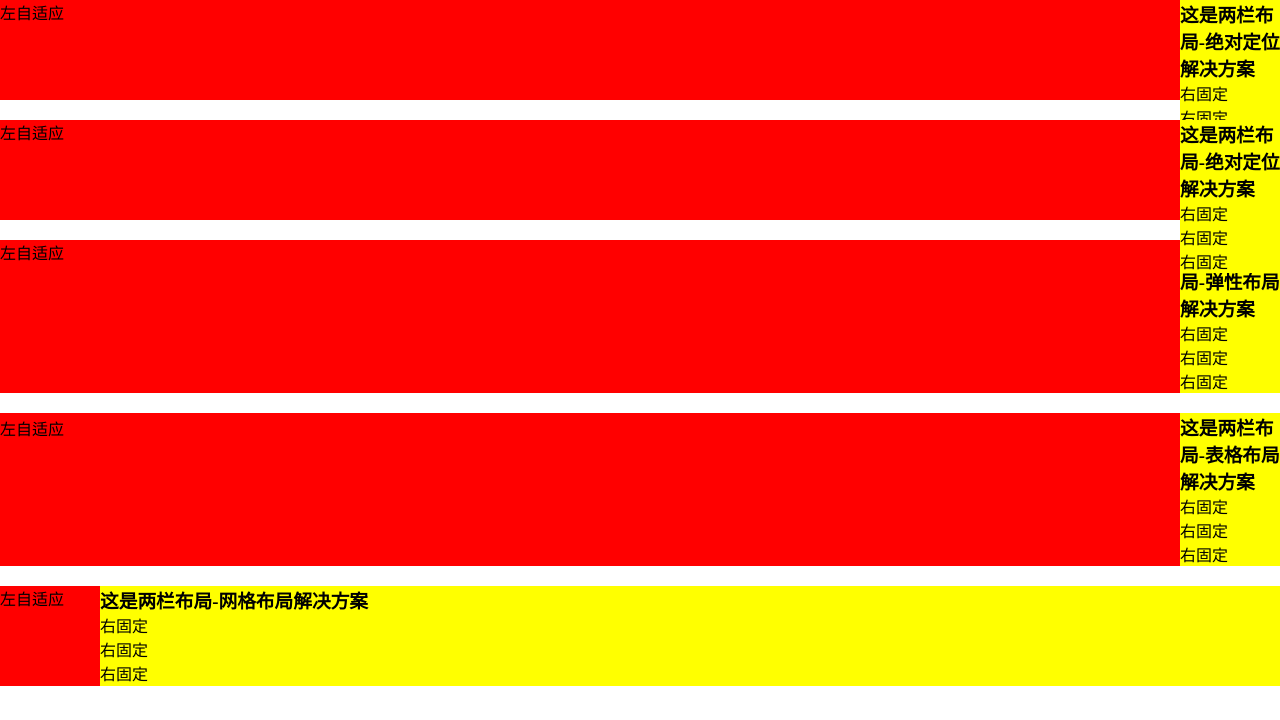
Repository: Qianfane/Blog
Page: 面试相关/测试/2-2、两栏布局-右固定左自适应.html
An editor plug-in stored every save of this project. The page is shown before and after a run of saves, followed by the edit.
The browser window is 1280 px wide. The pictures show the whole page.

Above is the page before, as saved 2022-01-03 16:28:14.

After the next 2 saves:
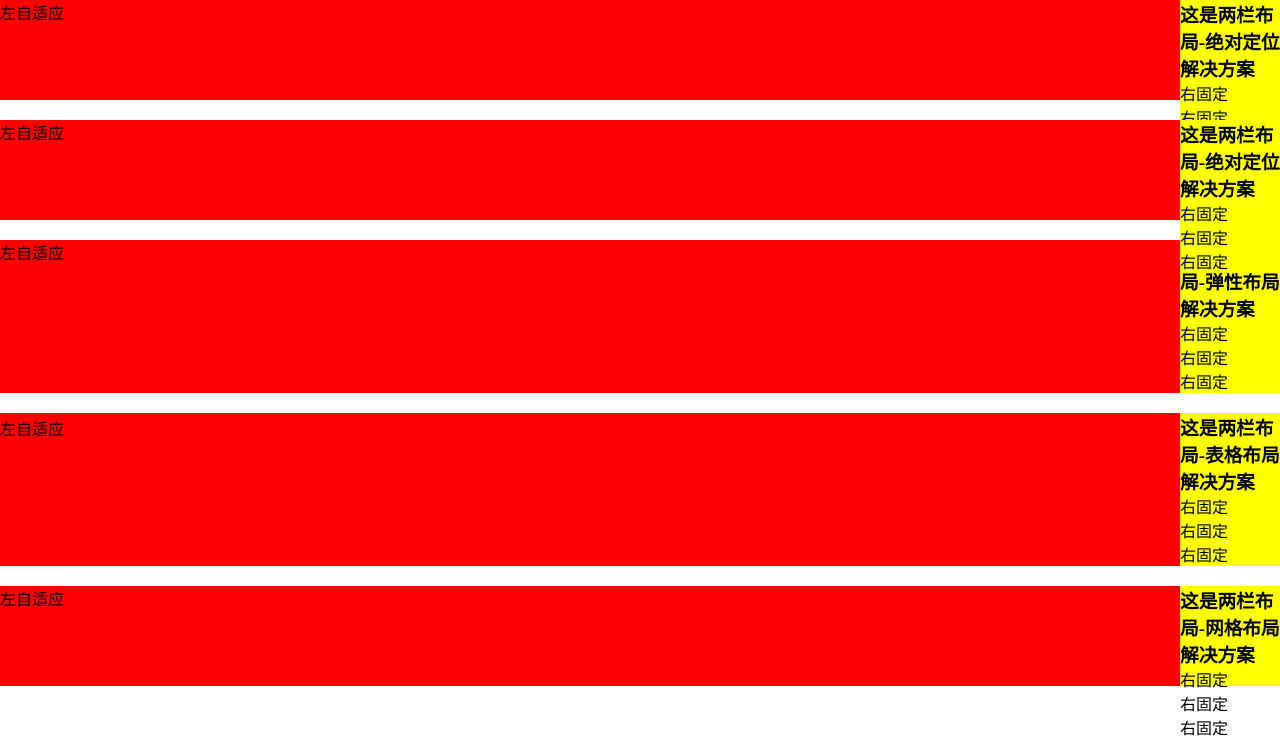
The 2 saves are shown as one change because they came seconds apart.
The last was saved 12 s later.
--- a/面试相关/测试/2-2、两栏布局-右固定左自适应.html
+++ b/面试相关/测试/2-2、两栏布局-右固定左自适应.html
@@ -154,7 +154,7 @@
         <style>
             .layout.grid .left-right {
                 display: grid;
-                grid-template-columns: 100px auto;
+                grid-template-columns: auto 100px;
 
                 width: 100%;
                 height: 100px;
